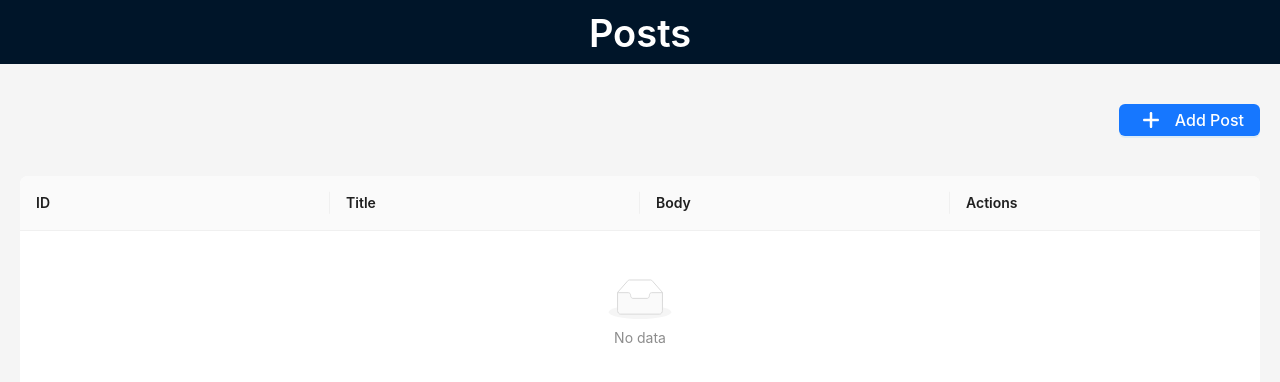
Repository: yasserrrz/Denamo-posts
Page: /
The author's editor kept a copy of each file at every save. The page is drawn from the files as they stood at one save, then again after the next save.
The browser window is 1280 px wide. The pictures show the whole page.
The page's requests for data from a server got no answer. The project was rebuilt for these pictures with package versions that can differ from the ones it lists, and the page was loaded fresh each time. No one was signed in, and anything a server would have sent is missing. Also part of the build but not shown: src/components/PostForm.tsx.

Above is the page before, as saved 2024-11-28 16:00:10.

### src/App.tsx
import React, { useState } from 'react';
import { Button, Layout, Modal, Typography } from 'antd';
import DataTable from './components/DataTable';
// import AddPostForm from './components/AddPostForm';
import './App.css';
import PostForm from './components/PostForm';
import {ReactComponent as AddIcon} from "./assets/add-277.svg";
const { Header, Content } = Layout;
const { Title } = Typography;


const App: React.FC = () => {
  const [isModalOpen, setIsModalOpen] = useState(false);
  return (<>
    <Layout style={{ minHeight: '100vh' }}>
      <Header  style={{ color: 'white', textAlign: 'center'   }}>
        <Title level={1} style={{ color: 'white' , textAlign: 'center' , marginTop: '10px' }}>
          Posts
        </Title>
      </Header>

      <Content style={{ padding: '20px' }}>
         <div style={{marginTop: '20px ' , marginBottom: '20px' , display: 'flex', justifyContent: 'flex-end' }}>
          <div >
            <p></p>
          </div>
         <Button onClick={()=>{setIsModalOpen(true)}} style={{fontSize: '16px' , fontWeight: '500' , padding: '15px'}} type="primary"><AddIcon/> Add Post</Button>
         </div>
        <div style={{ marginTop: '40px' }}>
          <DataTable />
        </div>
      </Content>
    </Layout>
    <Modal open={isModalOpen} title="Add New Post" centered width={800} onCancel={() => setIsModalOpen(false)} footer={null}>
      <PostForm  setIsModalOpen={setIsModalOpen} />
    </Modal>
  </>
  );
};

export default App;

### src/components/DataTable.tsx
import React, { useEffect, useState } from 'react';
import { Table, Button, Modal, Form, Input, notification } from 'antd';
import axios from 'axios';
import { Post } from '../types/Post';
import {ReactComponent as EditIcon} from "../assets/edit.svg"
import {ReactComponent as DeleteIcon} from "../assets/delete-icon-1.svg"
const DataTable: React.FC = () => {
  const [posts, setPosts] = useState<Post[]>([]);
  const [loading, setLoading] = useState<boolean>(true);
  const [editingPost, setEditingPost] = useState<Post | null>(null);
  const [isModalOpen, setIsModalOpen] = useState<boolean>(false);
  const [deleteModalOpen, setDeleteModalOpen] = useState<boolean>(false);

  useEffect(() => {
    const fetchData = async () => {
      setLoading(true);
      try {
        const response = await axios.get<Post[]>('https://jsonplaceholder.typicode.com/posts');
        setPosts(response.data);
      } catch (error) {
        console.log(error);
      } finally {
        setLoading(false);
      }
    };

    fetchData();
  }, []);

  const handleEdit = (post: Post) => {
    setEditingPost(post);
    setIsModalOpen(true);
  };

  const handleUpdatePost = async (values: Omit<Post, 'id'>) => {
    if (!editingPost) return;

    try {
      const response = await axios.put<Post>(
        `https://jsonplaceholder.typicode.com/posts/${editingPost.id}`,
        values
      );
      setPosts((prev) =>
        prev.map((post) => (post.id === editingPost.id ? { ...post, ...response.data } : post))
      );
      notification.success({
        message: 'Post Updated',
        description: `Post with ID ${editingPost.id} was updated successfully.`,
      });
    } catch (error) {
      notification.error({
        message: 'Error',
        description: 'Failed to update the post.',
      });
    } finally {
      setIsModalOpen(false);
      setEditingPost(null);
    }
  };

  const handleDelete = async (id: number) => {
    try {
      await axios.delete(`https://jsonplaceholder.typicode.com/posts/${id}`);
      setPosts((prev) => prev.filter((post) => post.id !== id));
      notification.success({
        message: 'Post Deleted',
        description: `Post with ID ${id} was deleted successfully.`,
      });
    } catch (error) {
      notification.error({
        message: 'Error',
        description: 'Failed to delete the post.',
      });
    }
    setDeleteModalOpen(false);
  };

  const columns = [
    {
      title: 'ID',
      dataIndex: 'id',
      key: 'id',
    },
    {
      title: 'Title',
      dataIndex: 'title',
      key: 'title',
    },
    {
      title: 'Body',
      dataIndex: 'body',
      key: 'body',
    },
    {
      title: 'Actions',
      key: 'actions',
      render: (text: any, record: Post) => (
        <div style={{ width: '100%', display: 'flex', gap: '10px', justifyContent: 'space-around' }}>
          <Button type="primary"  onClick={() => handleEdit(record)}>
            <EditIcon/>
          </Button>
          <Button type={"primary"} danger onClick={() => {
            setEditingPost(record);
            setDeleteModalOpen(true);
          }}>
            <DeleteIcon/>
          </Button>
        </div>
      ),
    },
  ];

  return (
    <>
      <Table
        dataSource={posts}
        columns={columns}
        rowKey="id"
        loading={loading}
        scroll={{ y: "calc(100vh - 250px)",  x: 700}}
        pagination={{ pageSize: 10 }}
      />

      {/* Edit Modal */}
      <Modal
        title="Edit Post"
        open={isModalOpen}
        onCancel={() => setIsModalOpen(false)}
        footer={null}
        style={{maxWidth: 800}}
        centered
      >
        <Form
          initialValues={{ title: editingPost?.title, body: editingPost?.body }}
          onFinish={handleUpdatePost}
          layout="vertical"
        >
          <Form.Item
            name="title"
            label="Title"
            rules={[{ required: true, message: 'Please input the title!' }]}

          >
            <Input placeholder="Enter post title" />
          </Form.Item>
          <Form.Item
            name="body"
            label="Body"
            rules={[{ required: true, message: 'Please input the body!' }]}
          >
            <Input.TextArea rows={4} placeholder="Enter post body" />
          </Form.Item>
          <Form.Item style={{ textAlign: 'center' , display: 'flex', justifyContent: 'flex-end' }}>
            <Button type="default"  htmlType="submit">
              Update Post
            </Button>
          </Form.Item>
        </Form>
      </Modal>

      {/* Delete Modal */}
      <Modal
        title="Delete Post"
        open={deleteModalOpen}
        onCancel={() => setDeleteModalOpen(false)}
        footer={null}
        style={{ maxWidth: 500 }}
        centered
      >
        <p>Are you sure you want to delete this post?</p>
        <div style={{ display: 'flex', gap: '10px', justifyContent: "flex-end" }}>
          <button className='delete-btn' onClick={() => handleDelete(editingPost?.id || 0)}>
            Yes
          </button>
          <button  className='cancel' onClick={() => setDeleteModalOpen(false)}>No</button>
        </div>
      </Modal>
    </>
  );
};

export default DataTable;

### src/App.css
.cancel{
  color: #000000e0;
  background-color: #fff;
  border: 1px solid #000000e0;
  border-radius: 8px;
  padding: 8px 15px;
  cursor: pointer;
  transition: all 0.15s ease-in-out;
}

.cancel:hover{
  background-color: #000000e0;
  color: #fff;
}

.delete-btn{
  color: #fff;
  background-color: #ff4d4f;
  border: 1px solid #ff4d4f;
  border-radius: 8px;
  padding: 8px 15px;
  cursor: pointer;
  transition: all 0.15s ease-in-out;
}

.delete-btn:hover{
  background-color: #fff;
  color: #ff4d4f;
  border: 1px solid #ff4d4f;
}

.ant-table-body {
  scrollbar-width: thin;
  scrollbar-color: #888 #f5f5f5;
  overflow-y: scroll; /* Ensure vertical scrolling is functional */
  scrollbar-width: none; /* Hide scrollbar in Firefox */
}

.ant-table-body ::-webkit-scrollbar-corner
 {
  display: none;
}

.svg-container {
  width: 24px;
  height: 24px;
}

.svg-container svg {
  width: 100%;
  height: 100%;
}

Loaded but not shown: public/index.html (common file); src/index.tsx (common file); src/index.css (common file); src/reportWebVitals.ts (common file)

After the next save:
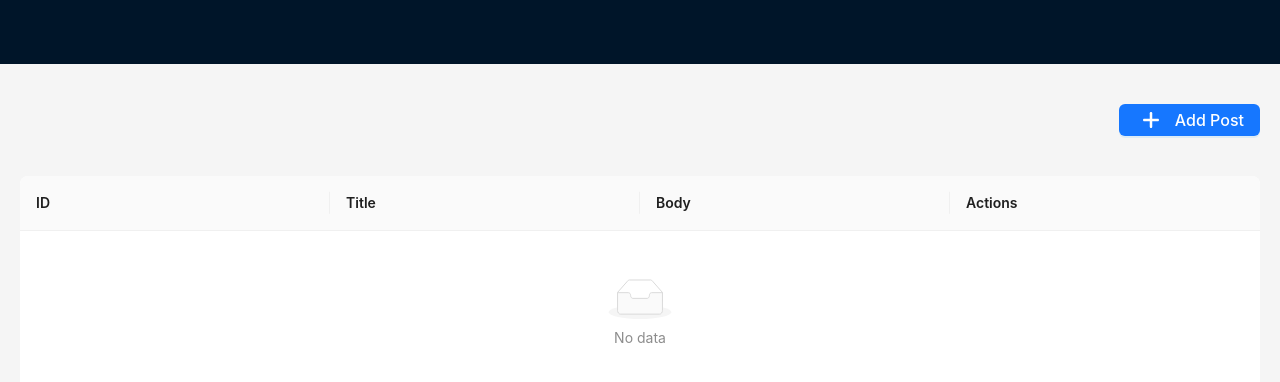
Saved 31 s later.
--- a/src/App.tsx
+++ b/src/App.tsx
@@ -14,9 +14,7 @@ const App: React.FC = () => {
   return (<>
     <Layout style={{ minHeight: '100vh' }}>
       <Header  style={{ color: 'white', textAlign: 'center'   }}>
-        <Title level={1} style={{ color: 'white' , textAlign: 'center' , marginTop: '10px' }}>
-          Posts
-        </Title>
+
       </Header>
 
       <Content style={{ padding: '20px' }}>
